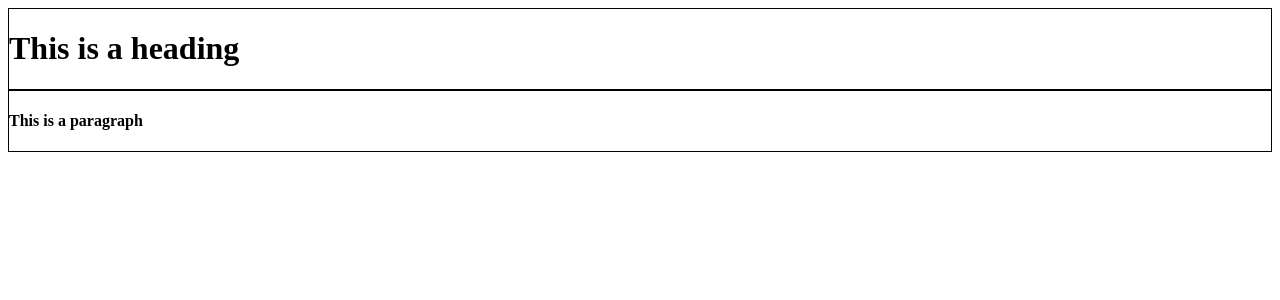
Repository: AishwaryaPandey987/PGLife
Page: home.html
The author's editor kept a copy of each file at every save. The page is drawn from the files as they stood at one save, then again after the next save.
The browser window is 1280 px wide. The pictures show the whole page.

Above is the page before, as saved 2022-10-27 20:28:54.

After the next save:
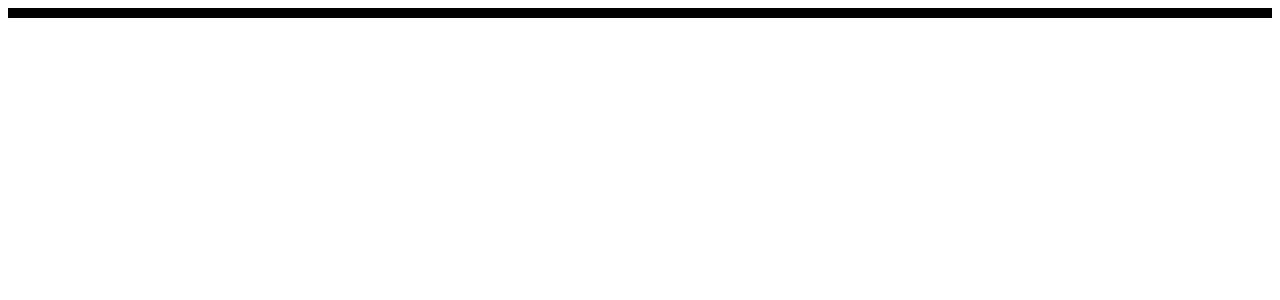
Saved 7 s later.
--- a/home.html
+++ b/home.html
@@ -6,15 +6,16 @@
     </head>
     <body>
       <div>
-          <p>
-          <h1 class="heading">This is a heading</h1>
-          </p>
-       </div>
+      </div>
+
+
+      <div></div>
+
       <div>
-          <p>
-              <h4 class="heading">This is a paragraph</h4>
+      </div>
 
-          </p>
-      </div>
+      <div></div>
+
+      <div></div>
     </body>
   </html>
